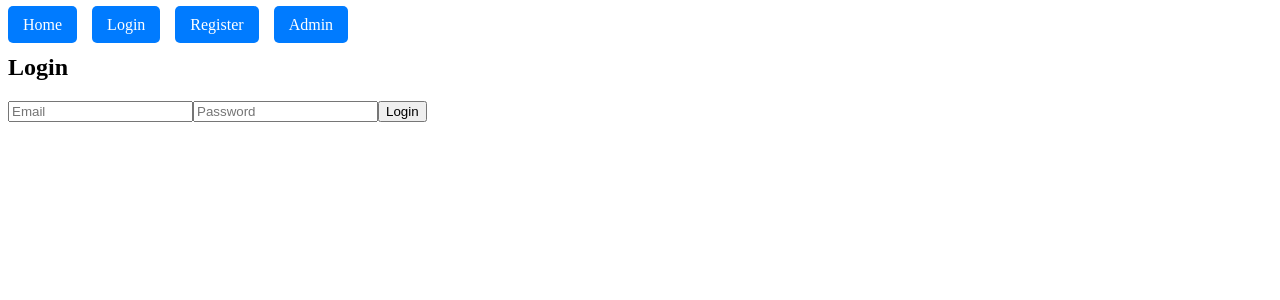
Repository: AhmedIbu/angular-login-app
Page: /login (app in angular-login-app/)
The author's editor kept a copy of each file at every save. The page is drawn from the files as they stood at one save, then again after the next save.
The browser window is 1280 px wide. The pictures show the whole page.
The project was rebuilt for these pictures with package versions that can differ from the ones it lists, and the page was loaded fresh each time. Also part of the build but not shown: angular-login-app/angular.json, angular-login-app/src/app/home/home.component.ts, angular-login-app/src/app/register/register.component.ts, angular-login-app/src/app/services/user.service.ts, angular-login-app/src/app/admin-dashboard/admin-dashboard.component.ts, angular-login-app/src/app/admin-login/admin-login.component.ts.

Above is the page before, as saved 2025-02-19 23:20:07.

### angular-login-app/src/index.html
<!doctype html>
<html lang="en">
<head>
  <meta charset="utf-8">
  <title>AngularLoginApp</title>
  <base href="/">
  <meta name="viewport" content="width=device-width, initial-scale=1">
  <link rel="icon" type="image/x-icon" href="favicon.ico">
</head>
<body>
  <app-root></app-root>
</body>
</html>

### angular-login-app/src/main.ts
import { bootstrapApplication } from '@angular/platform-browser';
import { appConfig } from './app/app.config';
import { AppComponent } from './app/app.component';
import { provideHttpClient } from '@angular/common/http';

bootstrapApplication(AppComponent, {
  ...appConfig, // ✅ Spread existing config
  providers: [
    ...appConfig.providers, // ✅ Keep existing providers
    provideHttpClient() // ✅ Ensure HTTP client is provided
  ]
}).catch(err => console.error(err));

### angular-login-app/src/app/app.config.ts
import { ApplicationConfig } from '@angular/core';
import { provideRouter, Routes } from '@angular/router';
import { provideHttpClient, withInterceptors } from '@angular/common/http';

// Import standalone components
import { HomeComponent } from './home/home.component';
import { LoginComponent } from './login/login.component';
import { RegisterComponent } from './register/register.component';
import { AdminDashboardComponent } from './admin-dashboard/admin-dashboard.component';
import { AdminLoginComponent } from './admin-login/admin-login.component';

// Define routes
const routes: Routes = [
  { path: '', component: HomeComponent },
  { path: 'login', component: LoginComponent },
  { path: 'register', component: RegisterComponent },
  { path: 'admin-login', component: AdminLoginComponent },
  { path: 'admin-dashboard', component: AdminDashboardComponent }
];

export const appConfig: ApplicationConfig = {
  providers: [
    provideRouter(routes),
    provideHttpClient()
  ]
};

### angular-login-app/src/app/app.component.ts
import { Component } from '@angular/core';
import { RouterModule } from '@angular/router';

@Component({
  selector: 'app-root',
  standalone: true,
  imports: [RouterModule],
  templateUrl: './app.component.html',
  styleUrls: ['./app.component.css']
})
export class AppComponent { }

### angular-login-app/src/app/login/login.component.ts
import { Component, OnInit } from '@angular/core';
import { Router } from '@angular/router';
import { AuthService } from '../services/auth.service';
import { CommonModule } from '@angular/common';
import { FormGroup, FormBuilder, ReactiveFormsModule, Validators } from '@angular/forms';

@Component({
  selector: 'app-login',
  standalone: true,
  templateUrl: './login.component.html',
  styleUrls: ['./login.component.css'],
  imports: [CommonModule, ReactiveFormsModule]
})
export class LoginComponent implements OnInit {

  loginForm!: FormGroup;
  errorMessage = '';

  constructor(
    private fb: FormBuilder,
    private authService: AuthService,
    private router: Router
  ) {}

  ngOnInit() {
    // ✅ Initialize the login form with validation
    this.loginForm = this.fb.group({
      email: ['', [Validators.required, Validators.email]],  // Email validation
      password: ['', [Validators.required, Validators.minLength(6)]]  // Password min length: 6
    });
  }

  onLogin() {
    if (this.loginForm.invalid) {
      this.errorMessage = 'Please enter valid email and password.';
      return;
    }

    this.authService.login(this.loginForm.value).subscribe(
      (response: any) => {
        if (response.token) {
          localStorage.setItem('token', response.token);
          this.router.navigate(['/dashboard']); // ✅ Redirect on success
        } else {
          this.errorMessage = 'Login failed. Please try again.';
        }
      },
      (error) => {
        console.error('Login error:', error);
        this.errorMessage = 'Invalid email or password. Please try again.';
      }
    );
  }
}

### angular-login-app/src/app/app.component.html
<nav>
  <ul>
    <li><a routerLink="/">Home</a></li>
    <li><a routerLink="/login">Login</a></li>
    <li><a routerLink="/register">Register</a></li>
    <li><a routerLink="/admin-login">Admin </a></li>
  </ul>
</nav>


<router-outlet></router-outlet>

### angular-login-app/src/app/app.component.css
nav ul {
    list-style: none;
    padding: 0;
    display: flex;
    gap: 15px;
  }

  nav ul li {
    display: inline;
  }

  nav ul li a {
    text-decoration: none;
    padding: 10px 15px;
    background-color: #007bff;
    color: white;
    border-radius: 5px;
  }

  nav ul li a:hover {
    background-color: #0056b3;
  }

  .active {
    font-weight: bold;
    text-decoration: underline;
  }

### angular-login-app/src/app/login/login.component.html
<h2>Login</h2>
<form [formGroup]="loginForm" (ngSubmit)="onLogin()">
  <input type="email" formControlName="email" placeholder="Email" required>
  <input type="password" formControlName="password" placeholder="Password" required>
  <button type="submit">Login</button>
</form>

### angular-login-app/src/app/services/auth.service.ts
import { Injectable } from '@angular/core';
import { HttpClient } from '@angular/common/http';
import { Observable, BehaviorSubject } from 'rxjs';

@Injectable({
  providedIn: 'root'
})
export class AuthService {
  private apiUrl = 'http://127.0.0.1:5000';
  private adminEmail = 'ibrahim.offl24@gmail.com';
  private adminPassword = 'root123';

  private isAuthenticated = new BehaviorSubject<boolean>(this.hasToken());

  constructor(private http: HttpClient) {}

  // ✅ Regular User Login
  login(credentials: any): Observable<{ success: boolean; token?: string }> {
    return new Observable((observer) => {
      this.http.post(`${this.apiUrl}/login`, credentials).subscribe(
        (response: any) => {
          console.log('Login Response:', response); // ✅ Debugging: Check if we receive a token
          if (response.token) {
            this.saveToken(response.token);
            observer.next({ success: true, token: response.token });
          } else {
            observer.next({ success: false });
          }
          observer.complete();
        },
        (error) => {
          console.error('Login Error:', error); // ✅ Debugging: Check for errors
          observer.next({ success: false });
          observer.complete();
        }
      );
    });
  }


  // ✅ Admin Login (Manual Check)
  adminLogin(email: string, password: string): Observable<{ success: boolean }> {
    return new Observable((observer) => {
      if (email === this.adminEmail && password === this.adminPassword) {
        localStorage.setItem('admin', 'true');
        observer.next({ success: true });
      } else {
        observer.next({ success: false });
      }
      observer.complete();
    });
  }

  // ✅ Save Token
  saveToken(token: string) {
    localStorage.setItem('token', token);
    this.isAuthenticated.next(true);
  }

  // ✅ Retrieve Token
  getToken(): string | null {
    return localStorage.getItem('token');
  }

  // ✅ Check if Token Exists (🔹 **Fix: Missing Method Added!**)
  hasToken(): boolean {
    return !!localStorage.getItem('token');
  }

  // ✅ Check if Admin is Logged In
  isAdmin(): boolean {
    return localStorage.getItem('admin') === 'true' && this.hasToken();
  }

  register(userData: any) {
    return this.http.post('http://127.0.0.1:5000/register', userData).subscribe(
      (response) => {
        console.log('Registration successful', response);
        alert('Registration successful! You can now log in.');
      },
      (error) => {
        console.error('Registration failed', error);
        alert('Registration failed. Try again.');
      }
    );
  }

  // ✅ Logout & Clear Everything
  logout() {
    localStorage.removeItem('token');
    localStorage.removeItem('admin');
    this.isAuthenticated.next(false);
    window.location.reload(); // 🔹 Force refresh to clear session issues
  }

  // ✅ Observe Auth Status (for Guards)
  isAuthenticated$(): Observable<boolean> {
    return this.isAuthenticated.asObservable();
  }
}

Loaded but not shown: angular-login-app/src/styles.css (common file); angular-login-app/src/app/login/login.component.css (no copy from this time; the picture is the same without it)

After the next save:
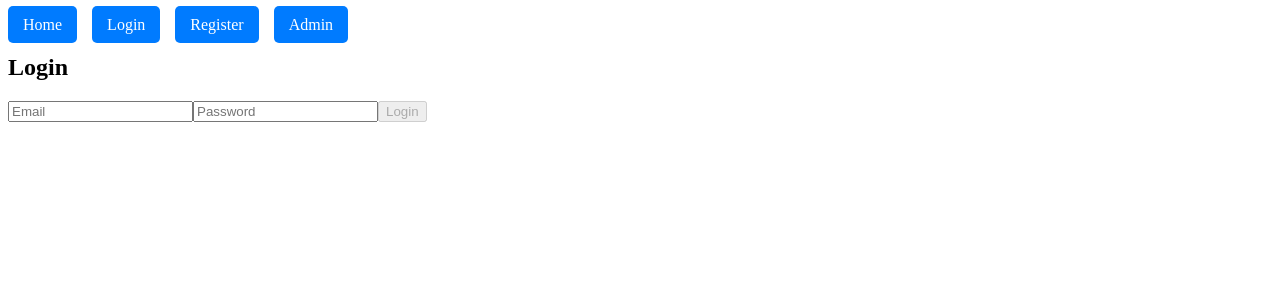
Saved 19 min 51 s later.
--- a/angular-login-app/src/app/login/login.component.html
+++ b/angular-login-app/src/app/login/login.component.html
@@ -2,5 +2,5 @@
 <form [formGroup]="loginForm" (ngSubmit)="onLogin()">
   <input type="email" formControlName="email" placeholder="Email" required>
   <input type="password" formControlName="password" placeholder="Password" required>
-  <button type="submit">Login</button>
+  <button (click)="onLogin()" [disabled]="loginForm.invalid">Login</button>
 </form>
